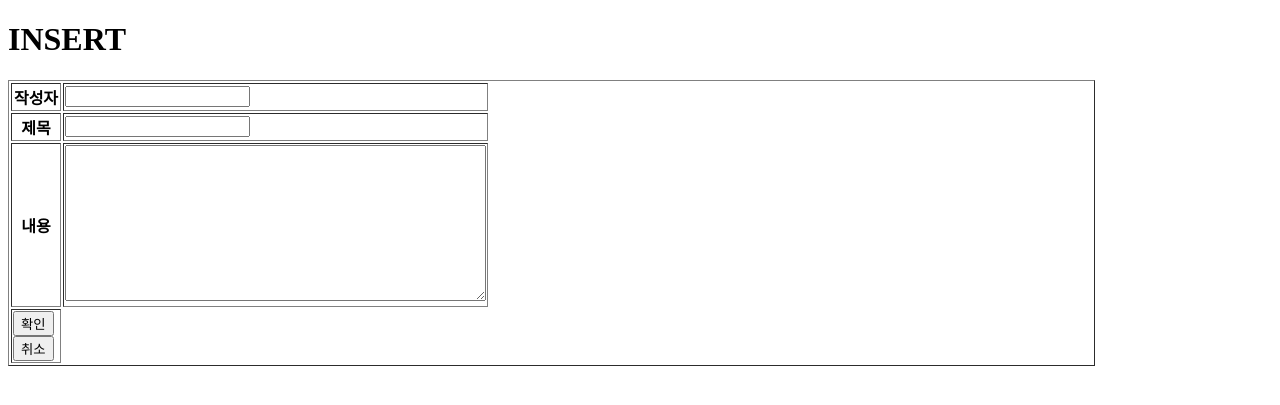
Repository: charamee/Web_kh
Page: http://localhost/Jsp08_MVC/myinsert.jsp
The author's editor kept a copy of each file at every save. The page is drawn from the files as they stood at one save, then again after the next save.
The browser window is 1280 px wide. The pictures show the whole page.
The page is served by Tomcat 9.

Above is the page before, as saved 2021-02-25 16:10:25.

After the next save:
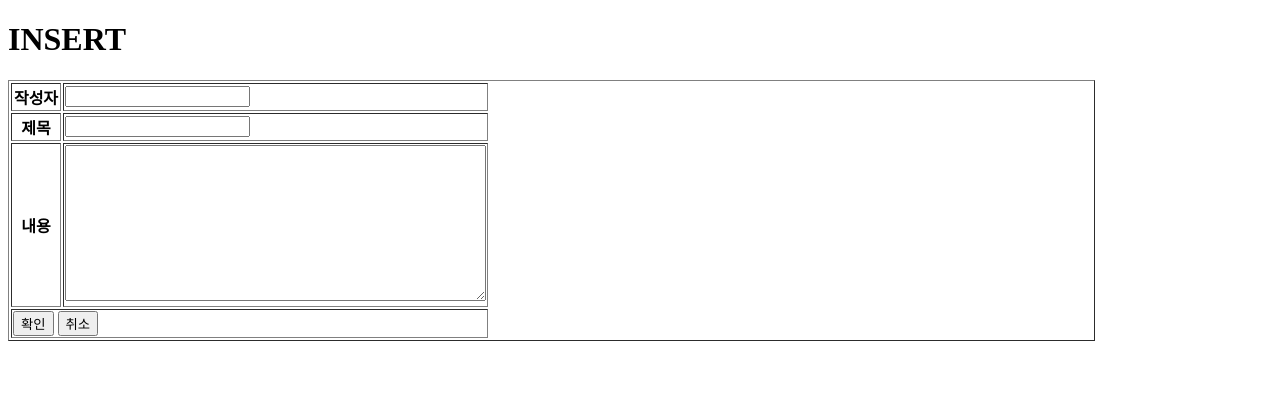
Saved 13 s later.
--- a/Workspace_WEB/Jsp08_MVC/WebContent/myinsert.jsp
+++ b/Workspace_WEB/Jsp08_MVC/WebContent/myinsert.jsp
@@ -36,7 +36,7 @@
 		</tr>
 
 		<tr>
-			<td>
+			<td colspan="2">
 				<input type="submit" value="확인">
 				<input type="button" value="취소" onclick="">
 			</td>
